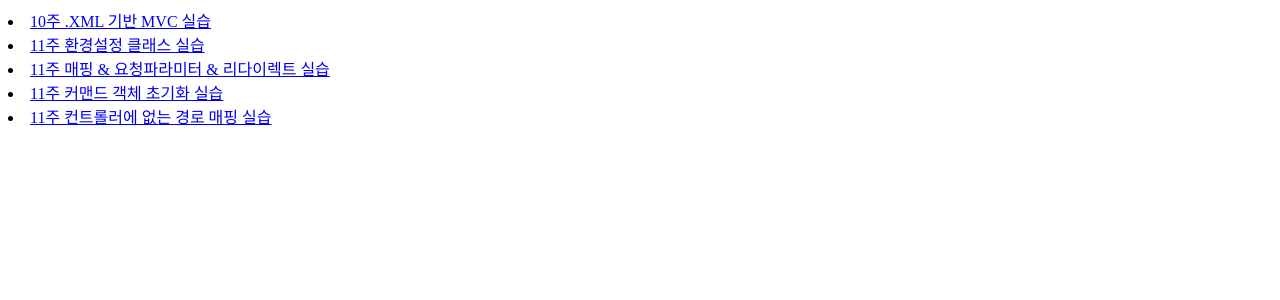
Repository: ppark-jjong/TIL
Page: http://localhost/Spring-B/
These files come from the project's save history. The page is drawn as it stood at one moment and after a run of saves; the edit follows.
The browser window is 1280 px wide. The pictures show the whole page.
The page is served by Tomcat 9. Other server files are loaded and not shown.

Above is the page before, as saved 2023-06-09 05:28:12.

### universty/Enterprize/Spring-B/WebContent/index.jsp
<%@ page language="java" contentType="text/html; charset=EUC-KR"
	pageEncoding="EUC-KR"%>
<!DOCTYPE html>
<!-- Week 10 -->
<html>
<head>
<meta charset="EUC-KR">
<title>Insert title here</title>
</head>
<body>
	<li><a href="xmlMVC.do">10주 .XML 기반 MVC 실습</a></li>
	<li><a href="AnnotationMVC">11주 환경설정 클래스 실습</a></li>
	<li><a href="step1?path=week11&view=registerStep1">11주 매핑 & 요청파라미터 & 리다이렉트 실습</a></li>
	<li><a href="initCommand">11주 커맨드 객체 초기화 실습</a></li>
	<li><a href="main">11주 컨트롤러에 없는 경로 매핑 실습</a></li>
</body>
</html>

After the next 4 saves:
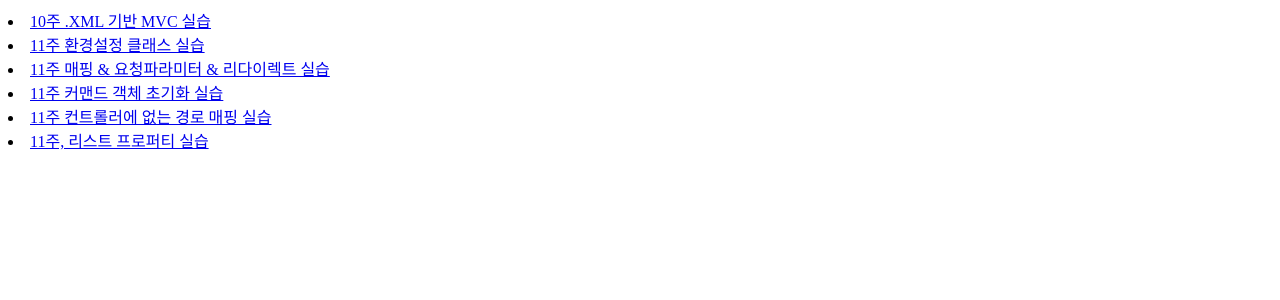
The 4 saves are shown as one change because they came seconds apart.
The last was saved 44 s later.
--- a/universty/Enterprize/Spring-B/WebContent/index.jsp
+++ b/universty/Enterprize/Spring-B/WebContent/index.jsp
@@ -10,8 +10,10 @@
 <body>
 	<li><a href="xmlMVC.do">10주 .XML 기반 MVC 실습</a></li>
 	<li><a href="AnnotationMVC">11주 환경설정 클래스 실습</a></li>
-	<li><a href="step1?path=week11&view=registerStep1">11주 매핑 & 요청파라미터 & 리다이렉트 실습</a></li>
+	<li><a href="step1?path=week11&view=registerStep1">11주 매핑 &
+			요청파라미터 & 리다이렉트 실습</a></li>
 	<li><a href="initCommand">11주 커맨드 객체 초기화 실습</a></li>
 	<li><a href="main">11주 컨트롤러에 없는 경로 매핑 실습</a></li>
+	<li><a href="survey">11주, 리스트 프로퍼티 실습</a></li>
 </body>
 </html>
